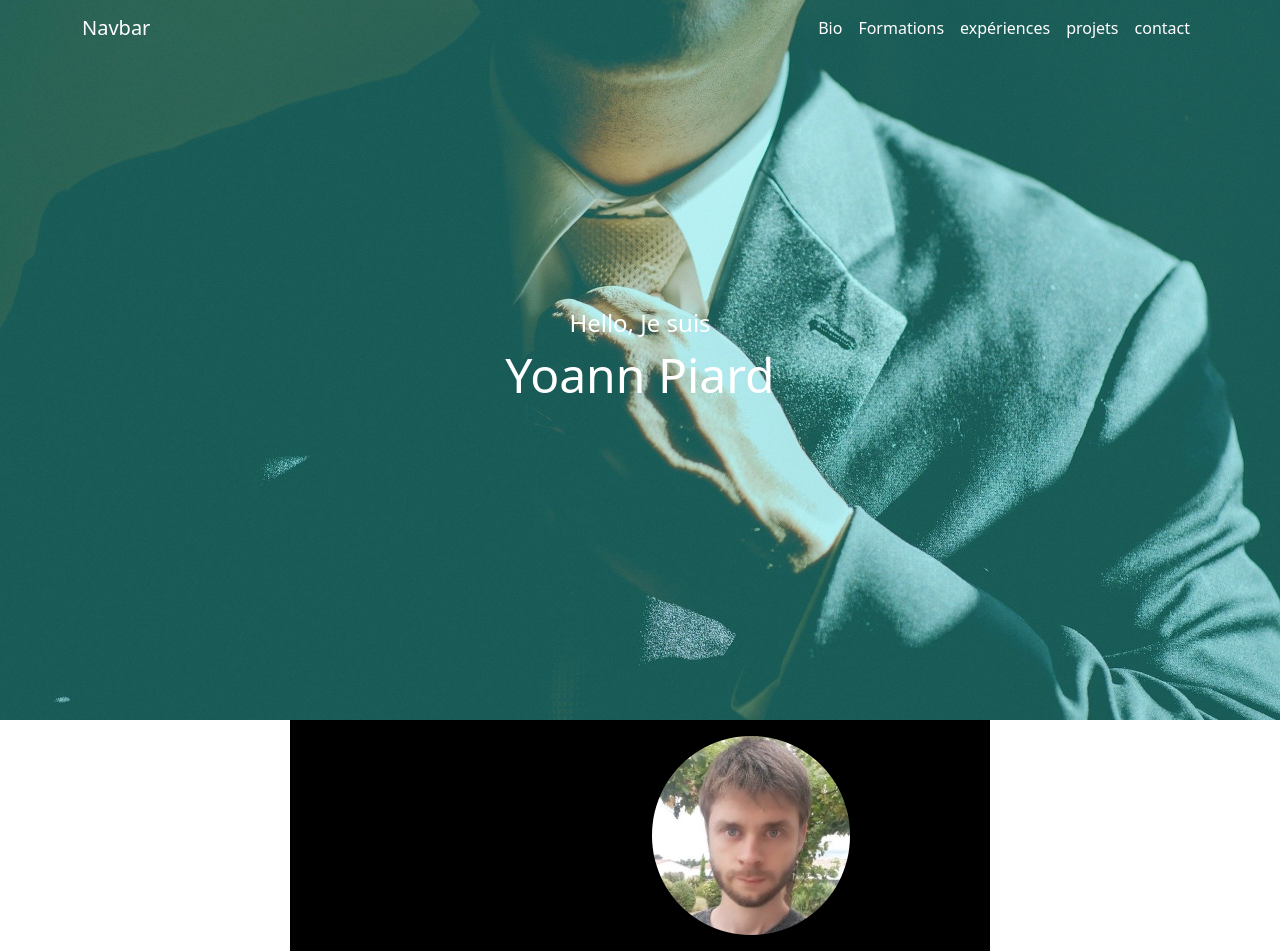
Repository: ypiard85/port-folio-bootstrap-yoann-2021
Page: index.html
An editor plug-in stored every save of this project. The page is shown before and after the next save, followed by the edit.
The browser window is 1280 px wide. The pictures show the whole page.

Above is the page before, as saved 2021-03-09 12:45:23.

After the next save:
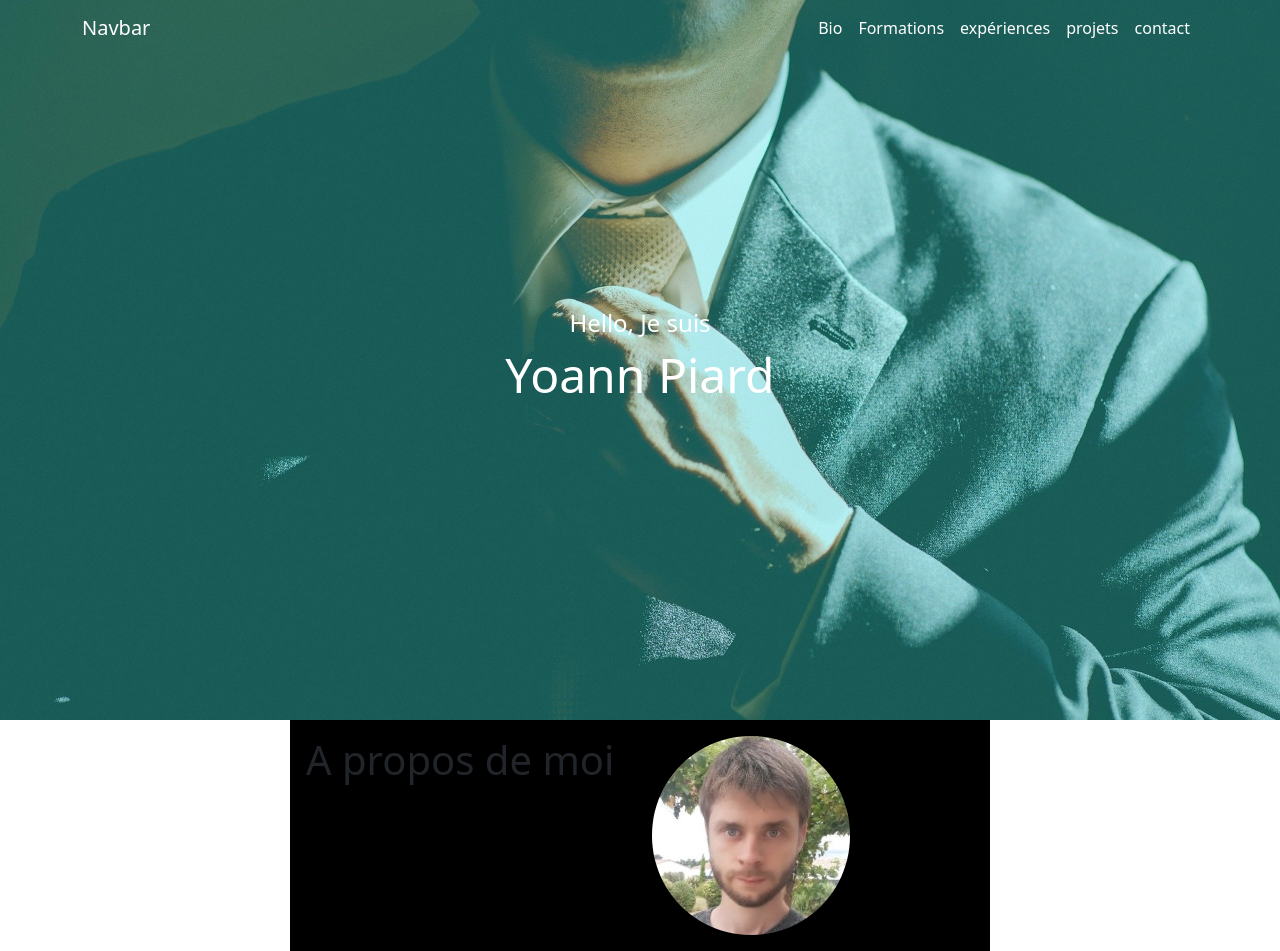
Saved 9 s later.
--- a/index.html
+++ b/index.html
@@ -48,7 +48,7 @@
           <section class="about_me p-3">
                 <div class="row">
                     <div class="col-md-6">
-
+                        <h1>A propos de moi</h1>
                     </div>
                     <div class="col-md-6">
                         <img src="./resource/image/yoann_piard.png" alt="">
